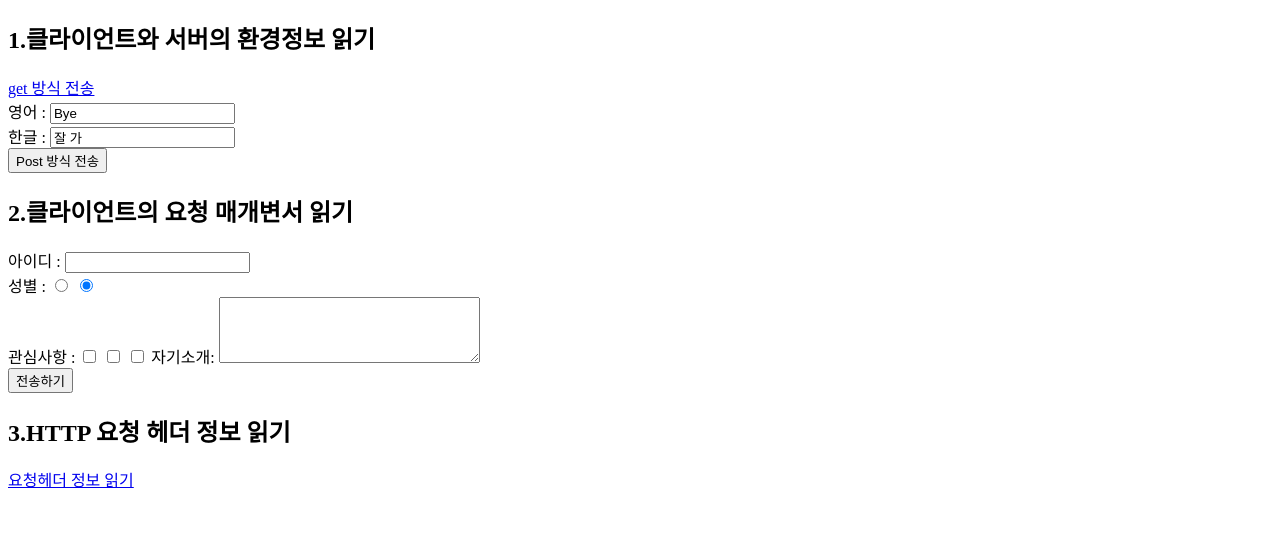
Repository: DANU011/Servlet-JSP
Page: http://localhost/MustHaveJSP/02ImplicitObject/RequestMain.jsp
An editor plug-in stored every save of this project. The page is shown before and after the next save, followed by the edit.
The browser window is 1280 px wide. The pictures show the whole page.
The page is served by Tomcat 9. Other server files are loaded and not shown.

Above is the page before, as saved 2023-02-21 07:58:09.

### MustHaveJSP/src/main/webapp/02ImplicitObject/RequestMain.jsp
<%@ page language="java" contentType="text/html; charset=UTF-8"
    pageEncoding="UTF-8"%>
<!DOCTYPE html>
<html>
<head>
<title>내장 각체</title>
</head>
<body>
<h2>1.클라이언트와 서버의 환경정보 읽기</h2>
<a href="./RequestWebInfo.jsp?eng=Hello&han=안녕">get 방식 전송</a>
<br />
<form action="RequestWebInfo.jsp" method="post">
영어 : <input type = "text" name="eng" value="Bye" /><br />
한글 : <input type = "text" name="han" value="잘 가" /><br />
<input type="submit" value="Post 방식 전송" /><form>

<h2>2.클라이언트의 요청 매개변서 읽기</h2>
<form method="post" action="RequestParameter.jsp">
아이디 : <input type = "text" name="id" value=""><br />
성별 : <input type = "radio" name="sex" value="man" />
<input type = "radio" name="sex" value="woman" checked="checked" /><br />
관심사항 : <input type = "checkbox" name="favo" value="eco" />
<input type = "checkbox" name="favo" value="pol" />
<input type = "checkbox" name="favo" value="ent" />
자기소개:
<textarea name="intro" cols="30" rows="4"></textarea>
<br />
<input type="submit" value="전송하기" />
</form>

<h2>3.HTTP 요청 헤더 정보 읽기</h2>
<a href="RequestHeader.jsp">
요청헤더 정보 읽기</a>
</body>
</html>

After the next save:
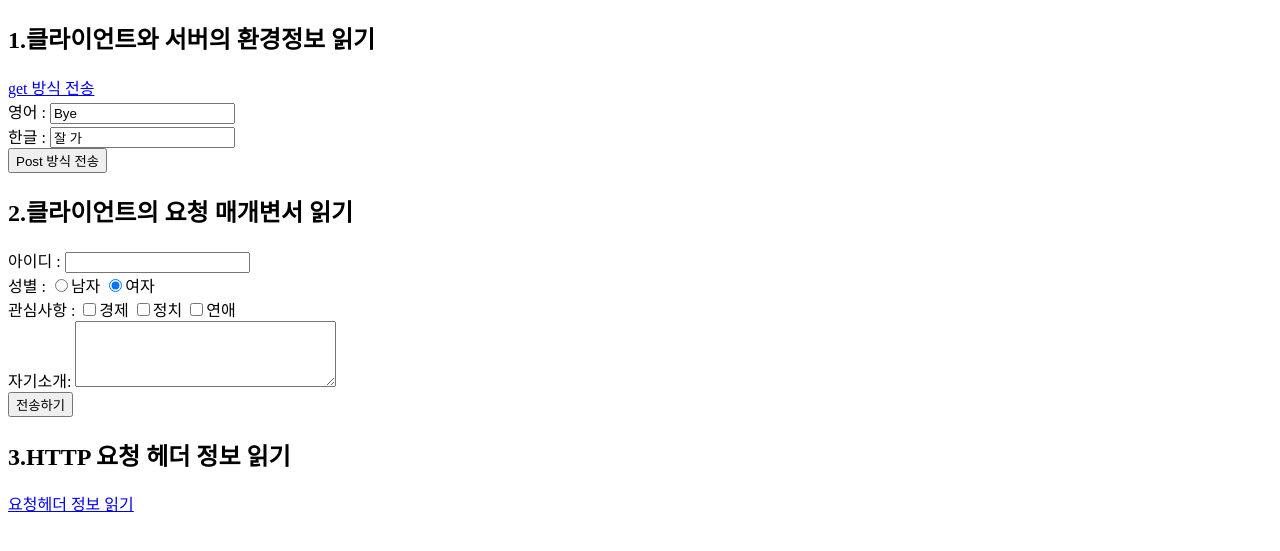
Saved 12 min 3 s later.
--- a/MustHaveJSP/src/main/webapp/02ImplicitObject/RequestMain.jsp
+++ b/MustHaveJSP/src/main/webapp/02ImplicitObject/RequestMain.jsp
@@ -17,11 +17,12 @@
 <h2>2.클라이언트의 요청 매개변서 읽기</h2>
 <form method="post" action="RequestParameter.jsp">
 아이디 : <input type = "text" name="id" value=""><br />
-성별 : <input type = "radio" name="sex" value="man" />
-<input type = "radio" name="sex" value="woman" checked="checked" /><br />
-관심사항 : <input type = "checkbox" name="favo" value="eco" />
-<input type = "checkbox" name="favo" value="pol" />
-<input type = "checkbox" name="favo" value="ent" />
+성별 : <input type = "radio" name="sex" value="man" />남자
+<input type = "radio" name="sex" value="woman" checked="checked" />여자
+<br />
+관심사항 : <input type = "checkbox" name="favo" value="eco" />경제
+<input type = "checkbox" name="favo" value="pol" />정치
+<input type = "checkbox" name="favo" value="ent" />연애<br />
 자기소개:
 <textarea name="intro" cols="30" rows="4"></textarea>
 <br />
@@ -30,6 +31,7 @@
 
 <h2>3.HTTP 요청 헤더 정보 읽기</h2>
 <a href="RequestHeader.jsp">
-요청헤더 정보 읽기</a>
+요청헤더 정보 읽기
+</a>
 </body>
 </html>
